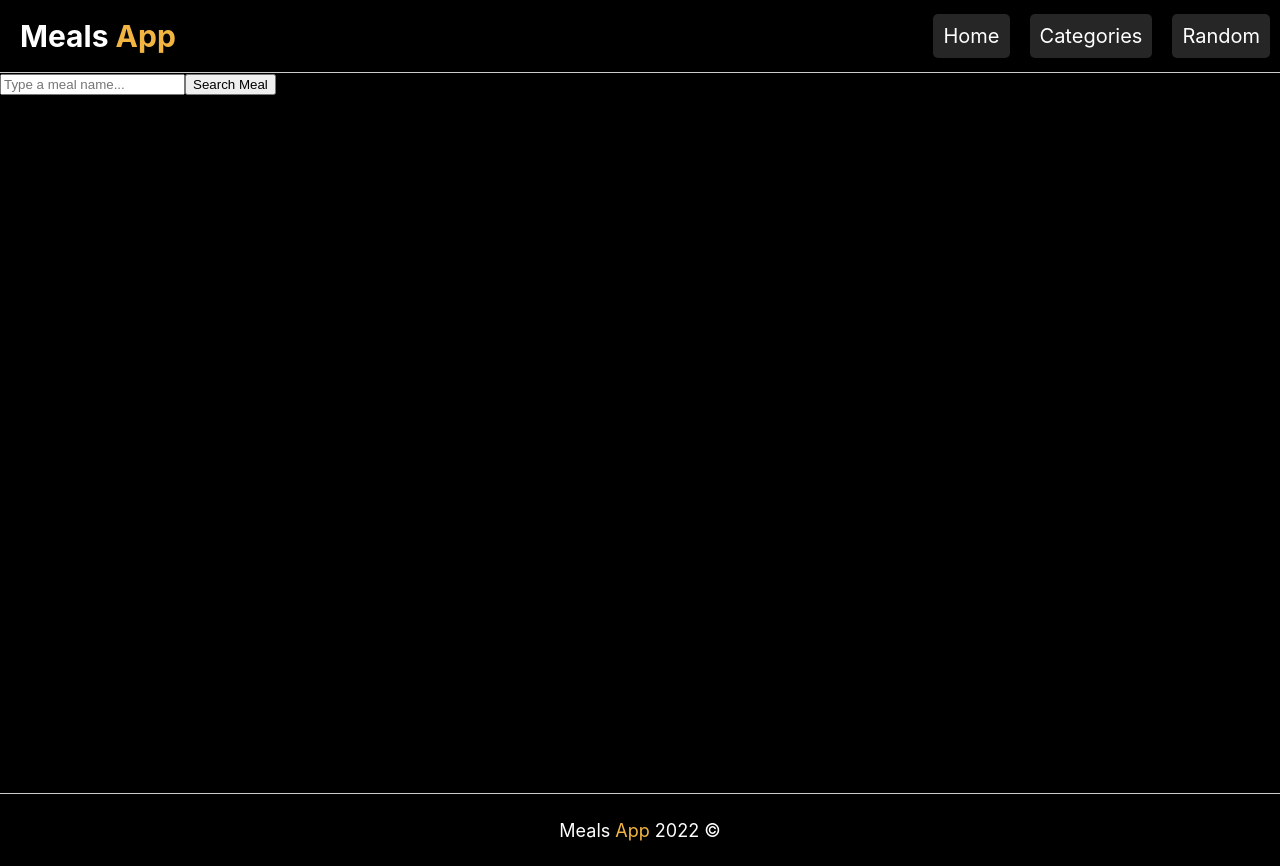
Repository: Shahriddinov/Meals
Page: /
The author's editor kept a copy of each file at every save. The page is drawn from the files as they stood at one save, then again after the next save.
The browser window is 1280 px wide. The pictures show the whole page.
The project was rebuilt for these pictures with package versions that can differ from the ones it lists, and the page was loaded fresh each time. Also part of the build but not shown: src/components/Categories/Categories.js, src/components/RandomMeal/RandomMeal.js.

Above is the page before, as saved 2022-03-21 18:20:00.

After the next save:
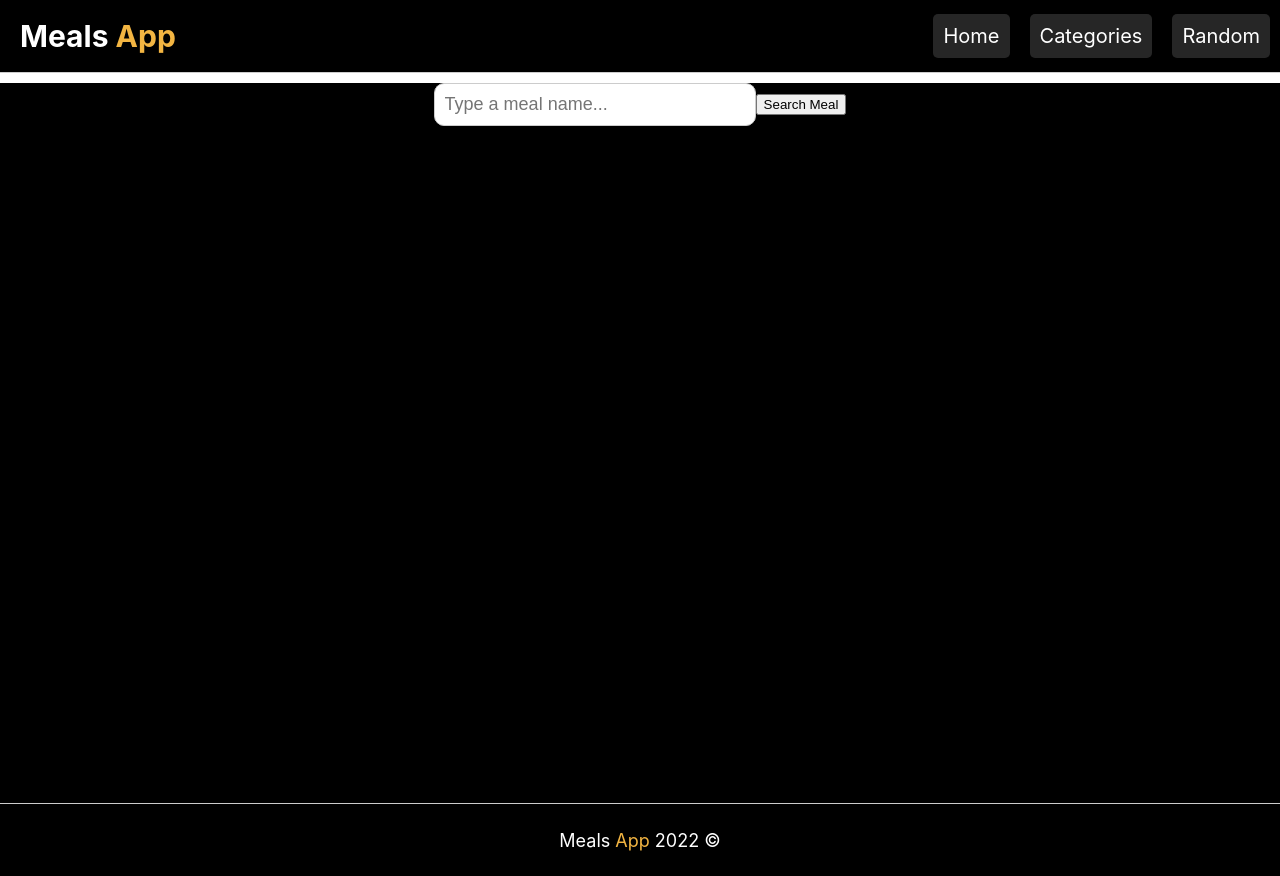
Saved 3 min 13 s later.
--- a/src/components/HomePage/HomePage.scss
+++ b/src/components/HomePage/HomePage.scss
@@ -4,4 +4,22 @@
   background: #000000;
   color: #fff;
   width: 100%;
+
+  &-search {
+    margin-top: 10px;
+    display: flex;
+    align-items: center;
+    flex-direction: row;
+    flex-wrap: wrap;
+    justify-content: center;
+
+    input {
+      padding: 10px;
+      outline: none;
+      border: 1px solid #ccc;
+      width: 300px;
+      font-size: 18px;
+      border-radius: 10px;
+    }
+  }
 }
